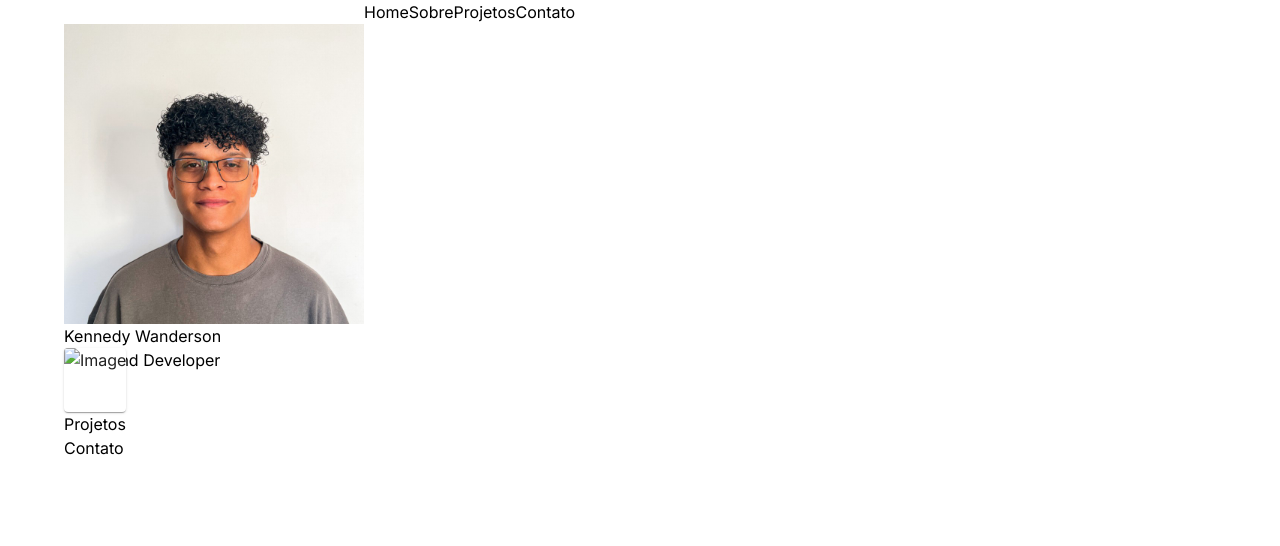
Repository: KennedyWanderson/landing
Page: /
These files come from the project's save history. The page is drawn as it stood at one moment and after a run of saves; the edit follows.
The browser window is 1280 px wide. The pictures show the whole page.
The project was rebuilt for these pictures with package versions that can differ from the ones it lists, and the page was loaded fresh each time. The framework's server and built-in components were replaced by stand-ins that run in the browser. Also part of the build but not shown: next.config.js.

Above is the page before, as saved 2024-01-04 11:04:33.

### src/app/page.tsx
import Content from "@/Components/Content";
import Header from "@/Components/Header";

export default function Home() {
  return (
    <div>
      <Content />
    </div>
  )
}

### src/Components/Content.tsx
import { Container } from "@mui/material";
import Header from "./Header";
import Image from "next/image";
import About from "./About";
import Projects from "./Projects";
import Contact from "./Contact";

export default function Content(){
    return(
        <Container>
            <Header />
            <div className="flex flex-col items-center p-5 shadow-md rounded-xl bg-gray-100">
                <div className="flex items-center justify-center tracking-wider space-x-6 ">
                    <Image className="rounded-full" src="/me.jpeg" alt="" width={300} height={300} />
                    <span className="font-bold font-mono no-italic text-2xl">Kennedy Wanderson <br></br> Front-end Developer</span>
                </div>
            </div>
            <div className="flex flex-col items-center">
                <About />
                <Projects />
                <Contact />
            </div>

        </Container>
    )
}

### src/Components/Header.tsx
import { Container } from "@mui/material";

export default function Header(){
    return(

        <Container maxWidth="sm">
            <div className="flex flex-col items-center m-5">
                <ul className="tracking-wider space-x-6">
                    <a href="#">
                        <span>Home</span>
                    </a>
                    <a href="#">
                        <span>Sobre</span>
                    </a>
                    <a href="#">
                        <span>Projetos</span>
                    </a>
                    <a href="#">
                        <span>Contato</span>
                    </a>
                </ul>
            </div>
        </Container>
    )
}

### src/Components/About.tsx
import * as React from 'react';
import { experimentalStyled as styled } from '@mui/material/styles';
import Box from '@mui/material/Box';
import Paper from '@mui/material/Paper';
import Grid from '@mui/material/Grid';
import OutlinedCard from './Card';
import { Container } from '@mui/material';
import ActionAreaCard from './Card';

// Verifica se o código está rodando no lado do cliente antes de chamar experimentalStyled()
let Item;
if (typeof window !== 'undefined') {
    Item = styled(Paper)(({ theme }) => ({
        backgroundColor: theme.palette.mode === 'dark' ? '#1A2027' : '#fff',
        ...theme.typography.body2,
        padding: theme.spacing(2),
        textAlign: 'center',
        color: theme.palette.text.secondary,
    }));
} else {
    // Caso esteja no lado do servidor, define um componente vazio ou um fallback
    Item = ({ children }) => <div>{children}</div>;
}

export default function ResponsiveGrid() {
    return (
        <Container>
            <Grid container spacing={{ xs: 2, md: 3 }} columns={{ xs: 4, sm: 8, md: 12 }}>
                {Array.from(Array(1)).map((_, index) => (
                    <Grid key={index}>
                            <div className="flex flex-col items-center p-5 shadow-md rounded-xl bg-gray-100">
                                <div className="flex items-center justify-center ">
                                    <ActionAreaCard text='' />
                                </div>
                            </div>
                    </Grid>
                ))}
            </Grid>
        </Container>
    );
}

### src/Components/Projects.tsx

export default function Projects(){
    return(
        <div>
            Projetos
        </div>
    )
}

### src/Components/Contact.tsx

export default function Contact(){
    return(
        <div>
            Contato
        </div>
    )
}

### src/Components/Card.tsx
import * as React from 'react';
import Card from '@mui/material/Card';
import CardContent from '@mui/material/CardContent';
import CardMedia from '@mui/material/CardMedia';
import Typography from '@mui/material/Typography';
import { CardActionArea } from '@mui/material';

interface AboutProps {
    text: string;
    icone?: any;
    image?: string;
    className?: string;
    onClick?: (evento: any) => void;
}

export default function ActionAreaCard(props: AboutProps) {
  return (
    <Card sx={{ maxWidth: 345 }}>
      <CardActionArea>
        <CardMedia
          component="img"
          height="140"
          alt="Image"
            >{props.image}</CardMedia>
        <CardContent>
          <Typography gutterBottom variant="h5" component="div">
            {props.text}
          </Typography>
          <Typography variant="body2" color="text.secondary">
            {props.text}
          </Typography>
        </CardContent>
      </CardActionArea>
    </Card>
  );
}

Loaded but not shown: src/app/layout.tsx (common file); src/app/globals.css (common file); tailwind.config.ts (common file)

After the next 3 saves:
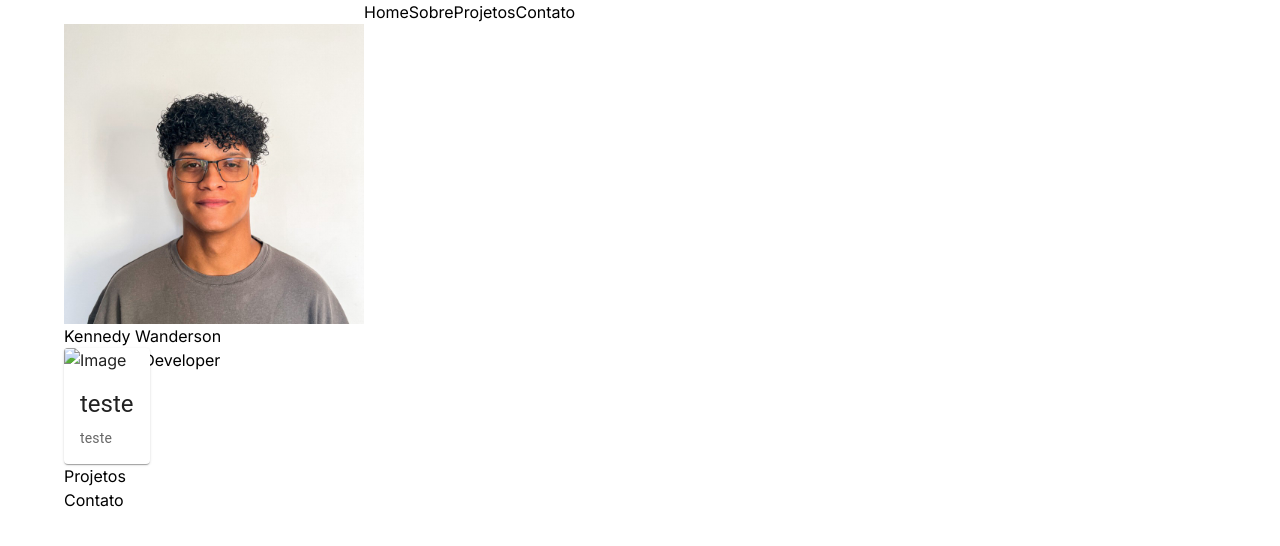
The 3 saves are shown as one change because 1 did not build or start and some came seconds apart.
The last was saved 31 s later.
--- a/src/Components/About.tsx
+++ b/src/Components/About.tsx
@@ -30,7 +30,7 @@ export default function ResponsiveGrid() {
                     <Grid key={index}>
                             <div className="flex flex-col items-center p-5 shadow-md rounded-xl bg-gray-100">
                                 <div className="flex items-center justify-center ">
-                                    <ActionAreaCard text='' />
+                                    <ActionAreaCard text="teste" />
                                 </div>
                             </div>
                     </Grid>
